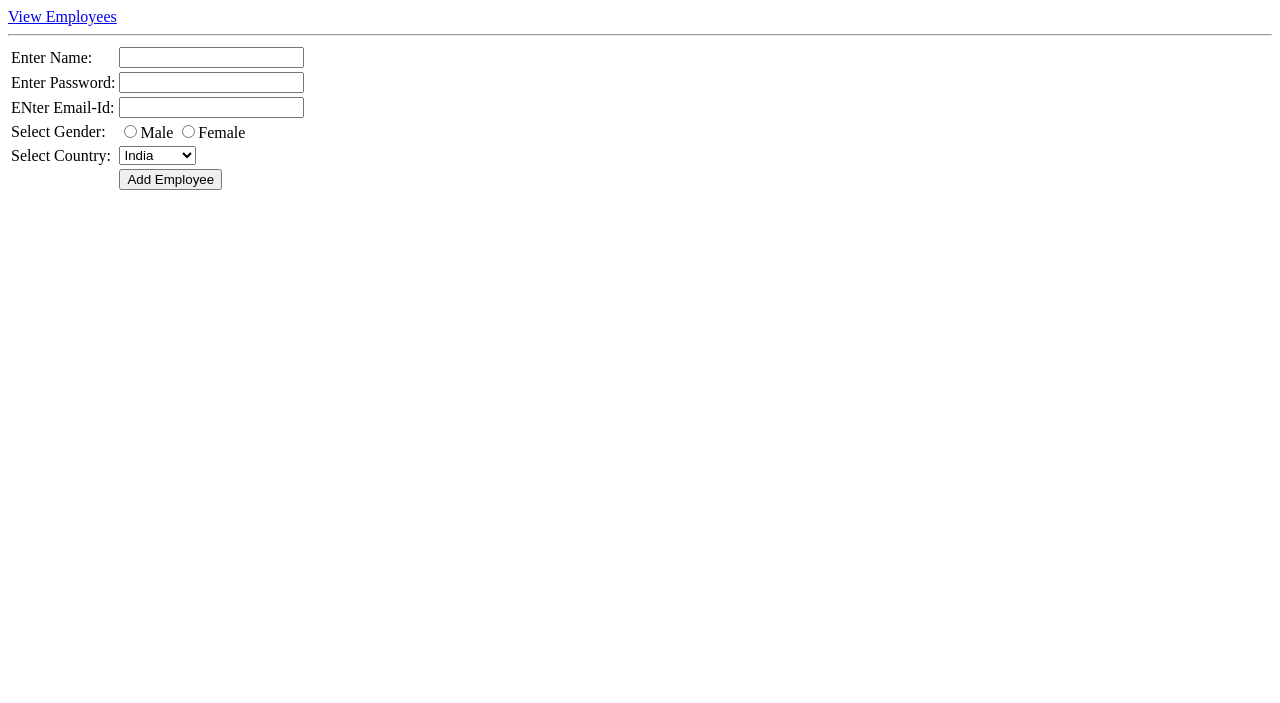
Repository: HarshZanwar2001/CRUD_Oprations_JAVA_JSP_MYSQL
Page: JSP_CRUD_Operation/src/main/webapp/employeeForm.html
These files come from the project's save history. The page is drawn as it stood at one moment and after the next save; the edit follows.
The browser window is 1280 px wide. The pictures show the whole page.

Above is the page before, as saved 2024-12-01 05:57:51.

After the next save:
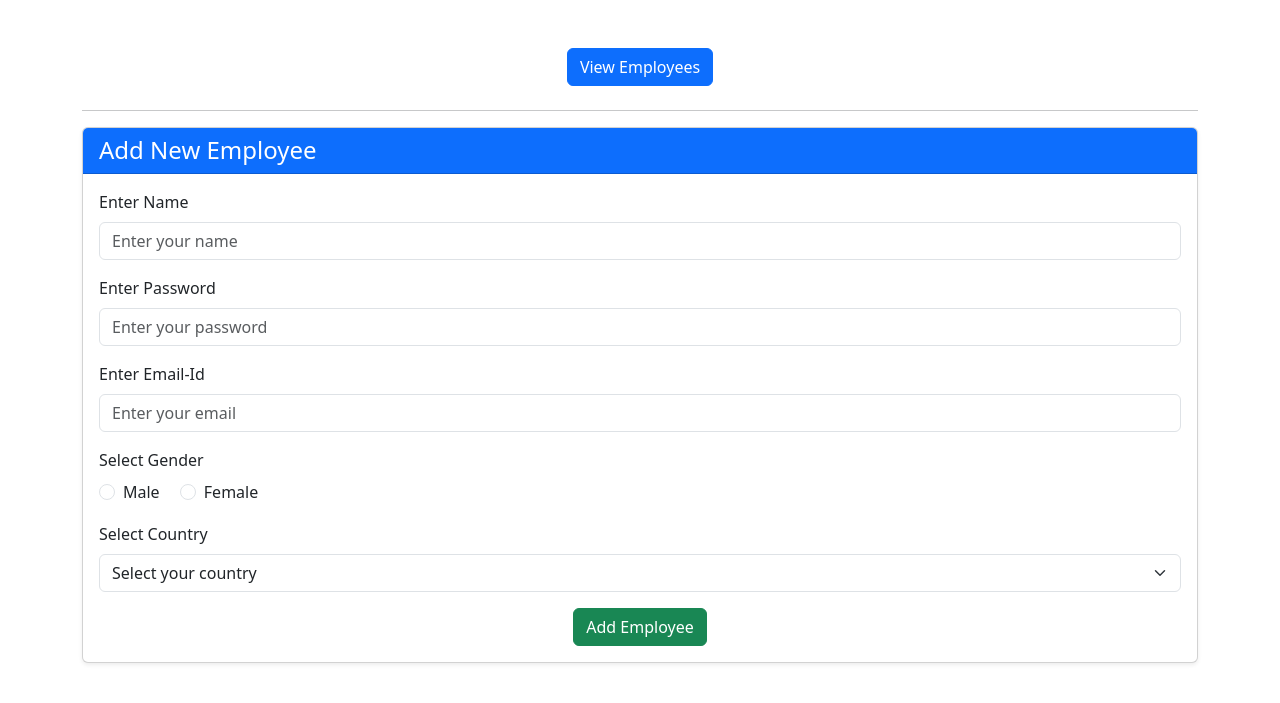
Saved 8 min 55 s later.
--- a/JSP_CRUD_Operation/src/main/webapp/employeeForm.html
+++ b/JSP_CRUD_Operation/src/main/webapp/employeeForm.html
@@ -1,50 +1,67 @@
 <!DOCTYPE html>
-<html>
+<html lang="en">
 <head>
-<meta charset="ISO-8859-1">
-<title>Employee Form</title>
+    <meta charset="UTF-8">
+    <meta name="viewport" content="width=device-width, initial-scale=1.0">
+    <title>Employee Form</title>
+    <!-- Bootstrap CSS -->
+    <link href="https://cdn.jsdelivr.net/npm/bootstrap@5.3.0-alpha1/dist/css/bootstrap.min.css" rel="stylesheet">
 </head>
 <body>
-<a href="viewEmployees.jsp">View Employees</a>
-<hr>
-<form action="addEmp.jsp" method="post">
-<table>
-<tr>
-<td>Enter Name:</td>
-<td><input type="text" name="name" ></td>
-</tr>
-<tr>
-<td>Enter Password:</td>
-<td><input type="password" name="password"></td>
-</tr>
-<tr>
-<td>ENter Email-Id:</td>
-<td><input type="email" name="email"></td>
-</tr>
-<tr>
-<td>Select Gender:</td>
-<td>
-<input type="radio" name="gender" value="Male">Male
-<input type="radio" name="gender" value="Female">Female
-</td>
-</tr>
-<tr>
-<td>Select Country:</td>
-<td>
-<select name="country">
-<option>India</option>
-<option>USA</option>
-<option>France</option>
-<option>Germany</option>
-</select>
-</td>
-</tr>
-<tr>
-<td></td>
-<td><input type="submit" value="Add Employee"></td>
-</tr>
-
-</table>
-</form>
+    <div class="container my-5">
+        <div class="text-center mb-4">
+            <a href="viewEmployees.jsp" class="btn btn-primary">View Employees</a>
+        </div>
+        <hr>
+        <div class="card shadow-sm">
+            <div class="card-header bg-primary text-white">
+                <h4 class="mb-0">Add New Employee</h4>
+            </div>
+            <div class="card-body">
+                <form action="addEmp.jsp" method="post">
+                    <div class="mb-3">
+                        <label for="name" class="form-label">Enter Name</label>
+                        <input type="text" name="name" id="name" class="form-control" placeholder="Enter your name" required>
+                    </div>
+                    <div class="mb-3">
+                        <label for="password" class="form-label">Enter Password</label>
+                        <input type="password" name="password" id="password" class="form-control" placeholder="Enter your password" required>
+                    </div>
+                    <div class="mb-3">
+                        <label for="email" class="form-label">Enter Email-Id</label>
+                        <input type="email" name="email" id="email" class="form-control" placeholder="Enter your email" required>
+                    </div>
+                    <div class="mb-3">
+                        <label class="form-label">Select Gender</label>
+                        <div>
+                            <div class="form-check form-check-inline">
+                                <input type="radio" name="gender" id="male" value="Male" class="form-check-input" required>
+                                <label for="male" class="form-check-label">Male</label>
+                            </div>
+                            <div class="form-check form-check-inline">
+                                <input type="radio" name="gender" id="female" value="Female" class="form-check-input" required>
+                                <label for="female" class="form-check-label">Female</label>
+                            </div>
+                        </div>
+                    </div>
+                    <div class="mb-3">
+                        <label for="country" class="form-label">Select Country</label>
+                        <select name="country" id="country" class="form-select" required>
+                            <option value="" disabled selected>Select your country</option>
+                            <option>India</option>
+                            <option>USA</option>
+                            <option>France</option>
+                            <option>Germany</option>
+                        </select>
+                    </div>
+                    <div class="text-center">
+                        <button type="submit" class="btn btn-success">Add Employee</button>
+                    </div>
+                </form>
+            </div>
+        </div>
+    </div>
+    <!-- Bootstrap JS -->
+    <script src="https://cdn.jsdelivr.net/npm/bootstrap@5.3.0-alpha1/dist/js/bootstrap.bundle.min.js"></script>
 </body>
 </html>
